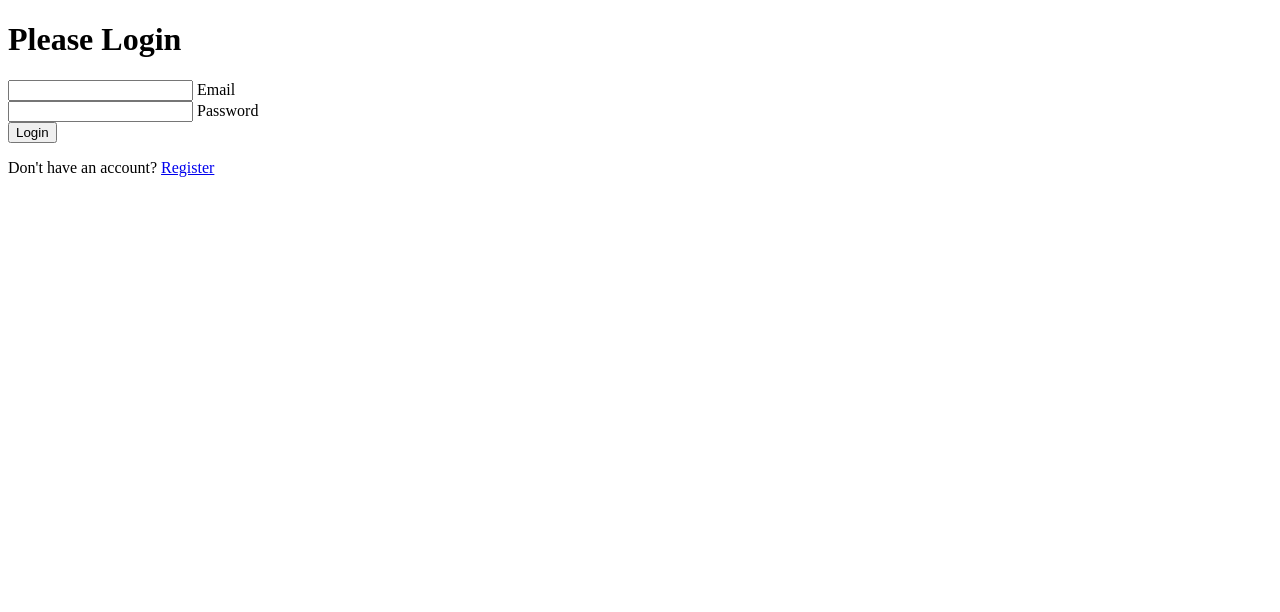
Repository: MMXiaohang/50projects50days-copy
Page: 8-form-input-wave/1-index.html
These files come from the project's save history. The page is drawn as it stood at one moment and after the next save; the edit follows.
The browser window is 1280 px wide. The pictures show the whole page.
Some web fonts or font styles are not loaded; a fallback is used.

Above is the page before, as saved 2022-07-05 00:01:09.

After the next save:
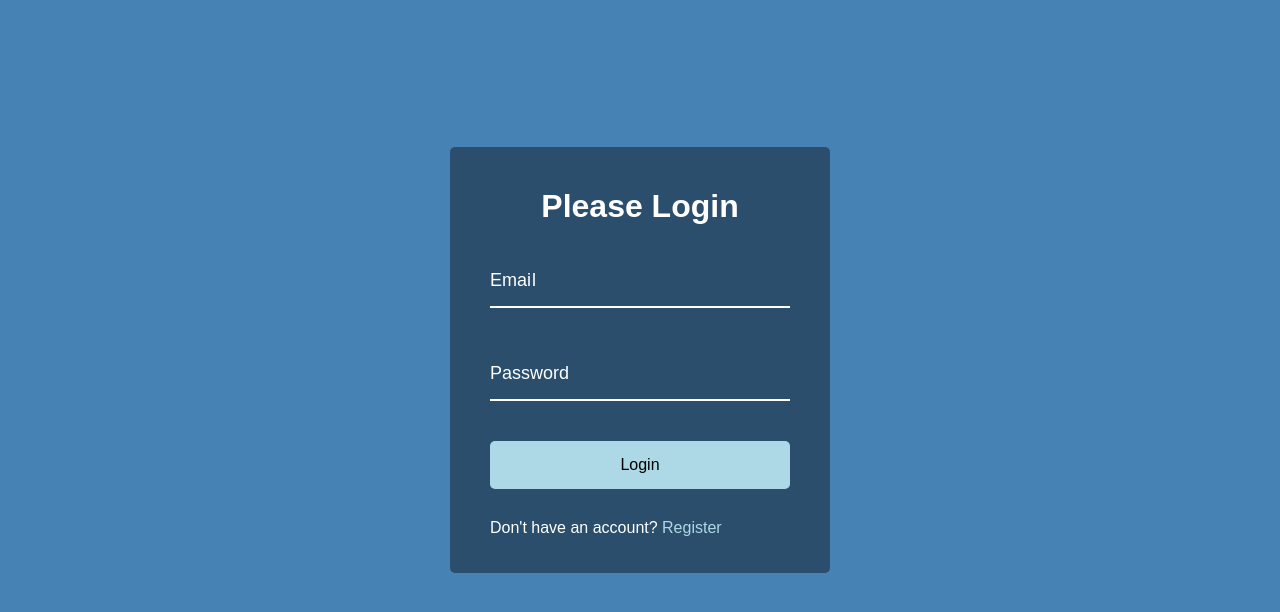
Saved 108 s later.
--- a/8-form-input-wave/1-index.html
+++ b/8-form-input-wave/1-index.html
@@ -3,7 +3,7 @@
   <head>
     <meta charset="UTF-8" />
     <meta name="viewport" content="width=device-width, initial-scale=1.0" />
-    <!-- <link rel="stylesheet" href="style.css" /> -->
+    <link rel="stylesheet" href="style.css" />
     <title>Form Input Wave</title>
   </head>
   <body>
